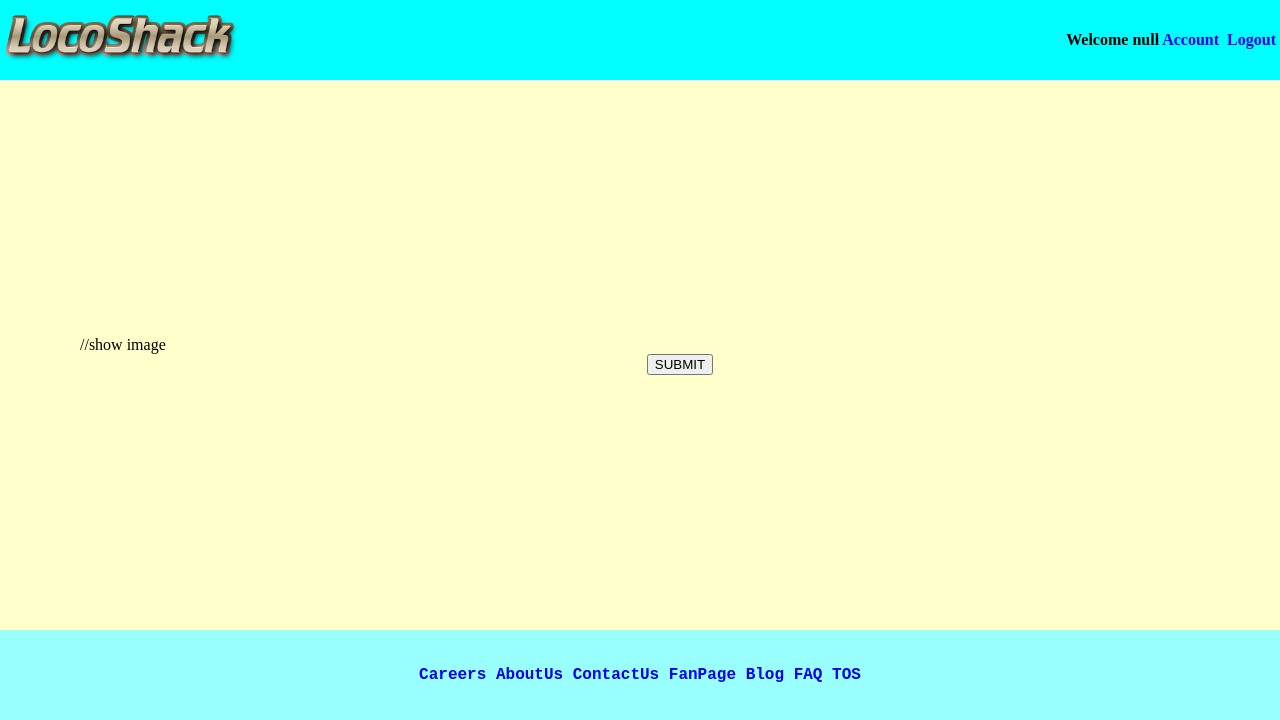
Repository: nicks707/LocoShack_TGMC-project
Page: http://localhost/ram/showsurvey.jsp
These files come from the project's save history. The page is drawn as it stood at one moment and after the next save; the edit follows.
The browser window is 1280 px wide. The pictures show the whole page.
The page is served by Tomcat 9. Other server files are loaded and not shown. Queries for data that is not in the repository find no rows.

Above is the page before, as saved 2012-03-22 01:49:57.

### ram/WebContent/showsurvey.jsp
<%@ page language="java" import="java.sql.*" contentType="text/html; charset=ISO-8859-1"
    pageEncoding="ISO-8859-1"%>
<!DOCTYPE html PUBLIC "-//W3C//DTD HTML 4.01 Transitional//EN" "http://www.w3.org/TR/html4/loose.dtd">
<html>
<head>
<meta http-equiv="Content-Type" content="text/html; charset=ISO-8859-1">
<title>LocoShack-Take Survey</title>
<style>
html, body,table
{
  height: 100%;
  width:100%;
}
#show img
{
width:117px;
height:120px;

}
</style>
</head>
<body style="margin-top:0px;margin-left:0px;margin-right:0px">
<table width="100%" cellpadding="0" cellspacing="0"   style="background-color:#FFFFCC">
<form action="showsurvey2.jsp">
<tr height="60px"><td><jsp:include page="accheader.jsp"></jsp:include></td></tr>
<tr><td style="padding-left:80px;">
//show image
<%
String userid=(String)session.getAttribute("userid");
String surveyid=request.getParameter("surveyid");

try
{
	Class.forName("com.ibm.db2.jcc.DB2Driver");
	Connection con=DriverManager.getConnection("jdbc:db2://localhost:50000/GEO","db2admin","tgmc");
    Statement stimg=con.createStatement();
    ResultSet rsimg=stimg.executeQuery("select imgid from db2admin.surveymap where surveyid='"+surveyid+"'");
	while(rsimg.next())
	{
		String imgid=rsimg.getString("imgid");
		Statement stimg2=con.createStatement();
		ResultSet rsimg2=stimg2.executeQuery("select image from db2admin.image where imgid='"+imgid+"'");
		while(rsimg2.next())
		{
			String path=rsimg2.getString("image");
			%>

			<center><div id="show"><img src=path></div></center>


			<%



		}//end of rsimg2
}//end of rsimg






	Statement st=con.createStatement();
    ResultSet rs=st.executeQuery("select * from db2admin.survey_que where surveyid='"+surveyid+"'");
    while(rs.next())
    {
    	String surdes=rs.getString("surdes");
    	String city=rs.getString("city");

    %>
    <br/>
   <center> <b>About Image</b><br/>
    <%=surdes %><br/>
    <b>City</b><br/>
    <%=city %></center>
     <b>  Q1:<%=rs.getString("q1") %><br/></b>
       <input type="radio" name="a1" value="1" checked="checked">Poor&nbsp;
       <input type="radio" name="a1" value="2">Average&nbsp;
       <input type="radio" name="a1" value="3" >Good&nbsp;
       <input type="radio" name="a1" value="4" >Excellent&nbsp;
       <input type="radio" name="a1" value="5" >Outstanding<br/>



      <b>   Q2:<%=rs.getString("q2") %><br/></b>
       <input type="radio"   name="a2" value="1" checked="checked">Poor&nbsp;
       <input type="radio" name="a2" value="2">Average&nbsp;
       <input type="radio" name="a2" value="3" >Good&nbsp;
       <input type="radio" name="a2" value="4" >Excellent&nbsp;
       <input type="radio" name="a2" value="5" >Outstanding<br/>


        <b> Q3:<%=rs.getString("q3") %><br/></b>
       <input type="radio" name="a3" value="1" checked="checked">Poor&nbsp;
       <input type="radio" name="a3" value="2">Average&nbsp;
       <input type="radio" name="a3" value="3" >Good&nbsp;
       <input type="radio" name="a3" value="4" >Excellent&nbsp;
       <input type="radio" name="a3" value="5" >Outstanding<br/>


       <b>  Q4:<%=rs.getString("q4") %><br/></b>
       <input type="radio" name="a4" value="1" checked="checked">Poor&nbsp;
       <input type="radio" name="a4" value="2">Average&nbsp;
       <input type="radio" name="a4" value="3" >Good&nbsp;
       <input type="radio" name="a4" value="4" >Excellent&nbsp;
       <input type="radio" name="a4" value="5" >Outstanding<br/>


     <b>    Q5:<%=rs.getString("q5") %><br/></b>
       <input type="radio" name="a5" value="1" checked="checked">Poor&nbsp;
       <input type="radio" name="a5" value="2">Average&nbsp;
       <input type="radio" name="a5" value="3" >Good&nbsp;
       <input type="radio" name="a5" value="4" >Excellent&nbsp;
       <input type="radio" name="a5" value="5" >Outstanding<br/>

 <input type="hidden" name="surveyid" value="+surveyid+">


  <%

    }
    //survey done make te entry
    Statement st1=con.createStatement();
      int i=st.executeUpdate("insert into db2admin.usersurveymap values('"+userid+"','"+surveyid+"')");

       st.close();
       st1.close();


}//try ends
catch(Exception e)
{
out.println(e);
}
%>

<center><input type="submit" value="SUBMIT"></center>
</td></tr>
<tr height="60px"><td><jsp:include page="footer.jsp"></jsp:include></td></tr>
</form>
</table>
</body>
</html>

### ram/WebContent/accheader.jsp
<%@ page language="java" contentType="text/html; charset=ISO-8859-1"
    pageEncoding="ISO-8859-1"%>
<!DOCTYPE html PUBLIC "-//W3C//DTD HTML 4.01 Transitional//EN" "http://www.w3.org/TR/html4/loose.dtd">
<html>
<head>
<meta http-equiv="Content-Type" content="text/html; charset=ISO-8859-1">
<title>Insert title here</title>
<style>
a{text-decoration: none;}
</style>
</head>
<body style="margin-top:0px;margin-left:0px;margin-right:0px">
<table bgcolor="#00FFFF" width="100%" cellpadding="0" cellspacing="0">
<tr height="80px"><td>&nbsp;<a href="main2.jsp"><img src="images/logo.png" border="0px" height="50px"></img></a></td><td>&nbsp;</td><td align="right"><b>Welcome <%=session.getAttribute("id") %> <a href="accmain.jsp">Account</a>&nbsp;<a href="logout.jsp">&nbsp;Logout&nbsp;</a><b></b></td></tr>
</table>


</body>

</body>
</html>

### ram/WebContent/footer.jsp
<%@ page language="java" contentType="text/html; charset=ISO-8859-1"
    pageEncoding="ISO-8859-1"%>
<!DOCTYPE html PUBLIC "-//W3C//DTD HTML 4.01 Transitional//EN" "http://www.w3.org/TR/html4/loose.dtd">
<html>
<head>
<meta http-equiv="Content-Type" content="text/html; charset=ISO-8859-1">
<title>Insert title here</title>
</head>
<style>
a{text-decoration:none;}
</style>
<body style="margin-top:0px;margin-left:0px;margin-right:0px;">
<table width=100% border="0px" cellpadding="0px" cellspacing="0px">
<tr    bgcolor="#99FFFF" style="height:90px;">
<td  colspan="3" width="100%"  align="center"> <font color="#330099" face="Courier New, Courier, monospace"><b><a href="careers.jsp">Careers</a> <a href="abtus.jsp">AboutUs</a> <a href="contact.jsp">ContactUs</a> <a href="http://www.facebook.com">FanPage</a> <a href="blog.jsp">Blog</a> <a href="faq.jsp">FAQ</a> <a href="tos.jsp">TOS</a></b></font></td>
</tr>


</table>

</body>
</html>

After the next save:
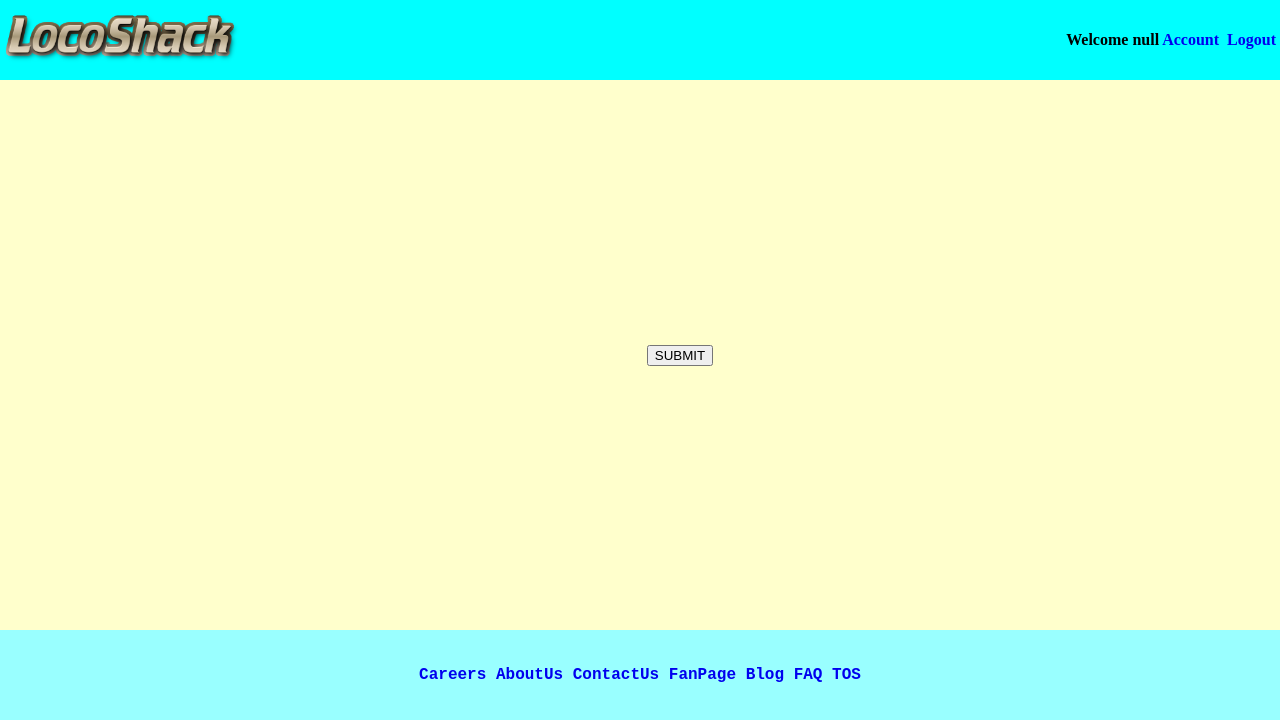
Saved 5 min 43 s later.
--- a/ram/WebContent/showsurvey.jsp
+++ b/ram/WebContent/showsurvey.jsp
@@ -24,7 +24,7 @@ height:120px;
 <form action="showsurvey2.jsp">
 <tr height="60px"><td><jsp:include page="accheader.jsp"></jsp:include></td></tr>
 <tr><td style="padding-left:80px;">
-//show image
+
 <%
 String userid=(String)session.getAttribute("userid");
 String surveyid=request.getParameter("surveyid");
